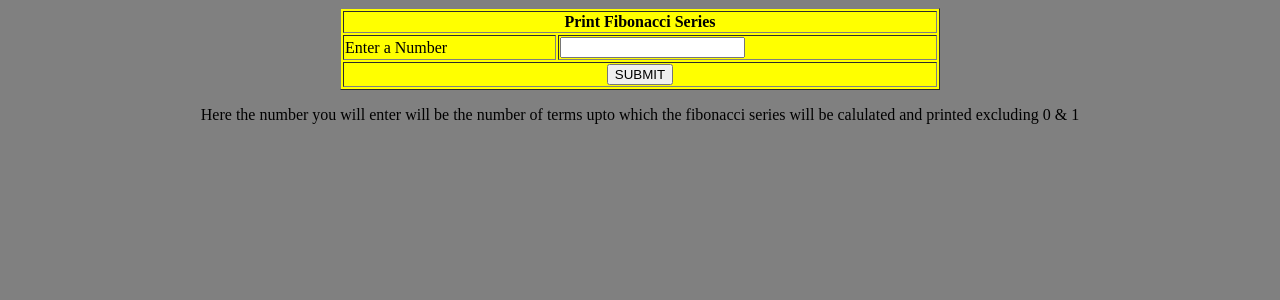
Repository: coolsam56/Advance_Java
Page: Lab6B/src/main/webapp/fab.html
An editor plug-in stored every save of this project. The page is shown before and after the next save, followed by the edit.
The browser window is 1280 px wide. The pictures show the whole page.

Above is the page before, as saved 2023-05-11 16:09:23.

### Lab6B/src/main/webapp/fab.html
<!DOCTYPE html>
<html>
<head>
<meta charset="UTF-8">
<title>Fibonacci</title>
</head>
<body bgcolor="gray">

<form action="Fab.jsp">
<table bgcolor = "yellow"  align = "center" border="" width="600px">
<tr>
<th align="center" colspan="2"><b>Print Fibonacci Series</b> </th>
</tr>

<tr>
<td> Enter a Number</td>
<td><input type =" text" name="no1">
</td>
</tr>

<tr>
<td align="center" colspan="4"><input type ="submit" value="SUBMIT">
</td>
</tr>


</table>
</form>
<p align="center"> Here the number you will  enter will be the number of terms upto which the fibonacci series will be calulated and printed excluding 0 & 1</p>
</body>
</html>

After the next save:
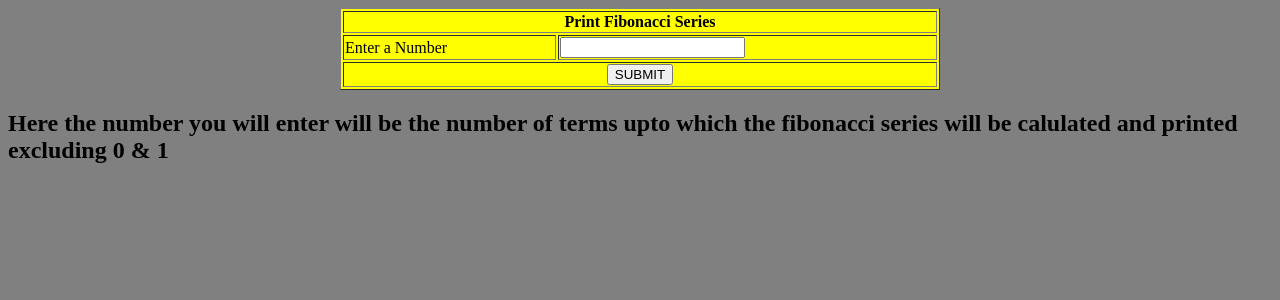
Saved 93 s later.
--- a/Lab6B/src/main/webapp/fab.html
+++ b/Lab6B/src/main/webapp/fab.html
@@ -26,6 +26,6 @@
 
 </table>
 </form>
-<p align="center"> Here the number you will  enter will be the number of terms upto which the fibonacci series will be calulated and printed excluding 0 & 1</p>
+<p align="center"><h2> Here the number you will  enter will be the number of terms upto which the fibonacci series will be calulated and printed excluding 0 & 1</h2></p>
 </body>
 </html>
